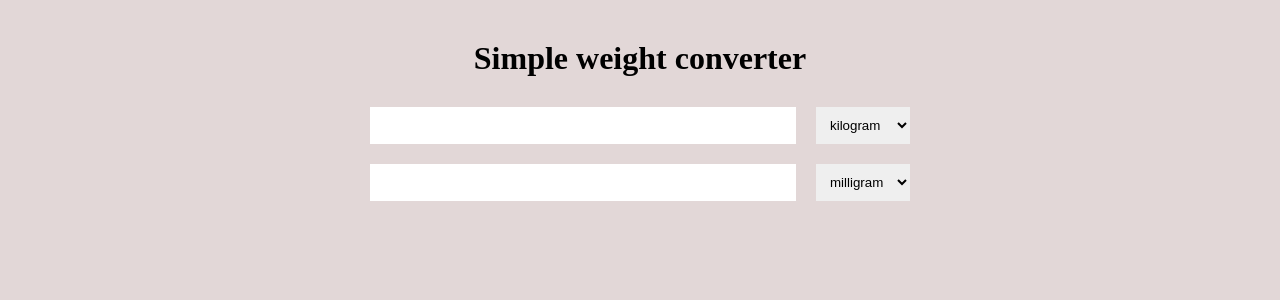
Repository: Eugene44-hub/weight-converter
Page: index.html
An editor plug-in stored every save of this project. The page is shown before and after the next save, followed by the edit.
The browser window is 1280 px wide. The pictures show the whole page.

Above is the page before, as saved 2021-09-20 05:18:05.

### index.html
<!DOCTYPE html>
<html lang="en">

<head>
    <meta charset="UTF-8">
    <meta http-equiv="X-UA-Compatible" content="IE=edge">
    <meta name="viewport" content="width=device-width, initial-scale=1.0">
    <link rel="stylesheet" href="style.css">
    <title>Document</title>
</head>

<body>
    <div class="converter">
        <h1>Simple weight converter</h1>

        <input type="number" id="typed">
        <select name="" id="in-weight">
      <option value="kg">kilogram</option>
      <option value="ou">ounce</option>
      <option value="mg">milligram</option>
    </select>
        <input type="number" id="output">
        <select name="" id="out-weight">
      <option value="mg">milligram</option>
      <option value="ou">ounce</option>
      <option value="kg">kilogram</option>
    </select>
    </div>
    <script src="app.js"></script>
</body>

</html>

### style.css
* {
    padding: 0;
    margin: 0;
    box-sizing: border-box;
}

body {
    background-color: rgb(226, 215, 215);
}

input {
    padding: 10px;
    flex: 50%;
}

h1 {
    text-align: center;
    flex: 100%;
    margin-bottom: 20px;
}

select {
    padding: 10px;
}

.converter {
    display: flex;
    flex-wrap: wrap;
    justify-content: space-between;
    padding: 20px;
    margin: 20px auto;
    max-width: 600px;
}

select,
input {
    margin: 10px;
    outline: none;
    border: none;
}

### app.js
let typed = document.querySelector('#typed');
let output = document.querySelector('#output');
let select = document.querySelector('#in-weight');
let select2 = document.querySelector('#out-weight');

function selectTwo(val) {
    select2.addEventListener('change', e => {
        if (select2.value === 'mg' && select.value === 'kg') {
            output.value = val * Math.pow(10, 6)
        } else if (select2.value === "ou" && select.value === 'mg') {
            output.value = val * 0.000035274
        } else if (select2.value === "ou" && select.value === 'kg') {
            output.value = val * 35.274
        } else if (select2.value === "kg" && select.value === 'ou') {
            output.value = val / 35.274
        } else if (select2.value === "mg" && select.value === 'ou') {
            output.value = val / 0.000035274
        } else if (select2.value === "kg" && select.value === 'mg') {
            output.value = val / Math.pow(10, 6)
        } else {
            output.value = typed.value
        }

    })
}

function selectOne(val) {
    select.addEventListener('change', e => {

        if (select2.value === 'mg' && select.value === 'kg') {
            typed.value = val / Math.pow(10, 6)
        } else if (select2.value === "mg" && select.value === 'ou') {
            typed.value = val * 0.000035274
        } else if (select2.value === "ou" && select.value === 'kg') {
            typed.value = val / 35.274
        } else if (select2.value === "kg" && select.value === 'ou') {
            typed.value = val * 35.274
        } else if (select2.value === "ou" && select.value === 'mg') {
            typed.value = val / 0.000035274
        } else if (select2.value === "kg" && select.value === 'mg') {
            typed.value = val * Math.pow(10, 6)
        } else { typed.value = output.value }
    })
}


typed.addEventListener('input',
    e => {

        if (select2.value === 'mg' && select.value === 'kg') {
            output.value = Number(e.target.value) * Math.pow(10, 6)
        } else if (select2.value === "ou" && select.value === 'mg') {
            output.value = Number(e.target.value) * 0.000035274
        } else if (select2.value === "ou" && select.value === 'kg') {
            output.value = Number(e.target.value) * 35.274
        } else if (select2.value === "kg" && select.value === 'ou') {
            output.value = Number(e.target.value) / 35.274
        } else if (select2.value === "mg" && select.value === 'ou') {
            output.value = Number(e.target.value) / 0.000035274
        } else if (select2.value === "kg" && select.value === 'mg') {
            output.value = Number(e.target.value) / Math.pow(10, 6)
        } else {
            output.value = typed.value
        }
        selectTwo(Number(e.target.value))
    })

output.addEventListener('input',
    e => {
        if (select2.value === 'mg' && select.value === 'kg') {
            typed.value = Number(e.target.value) / Math.pow(10, 6)
        } else if (select2.value === "mg" && select.value === 'ou') {
            typed.value = Number(e.target.value) * 0.000035274
        } else if (select2.value === "ou" && select.value === 'kg') {
            typed.value = Number(e.target.value) / 35.274
        } else if (select2.value === "kg" && select.value === 'ou') {
            typed.value = Number(e.target.value) * 35.274
        } else if (select2.value === "ou" && select.value === 'mg') {
            typed.value = Number(e.target.value) / 0.000035274
        } else if (select2.value === "kg" && select.value === 'mg') {
            typed.value = Number(e.target.value) * Math.pow(10, 6)
        } else { typed.value = output.value }
        selectOne(Number(e.target.value))
    })

After the next save:
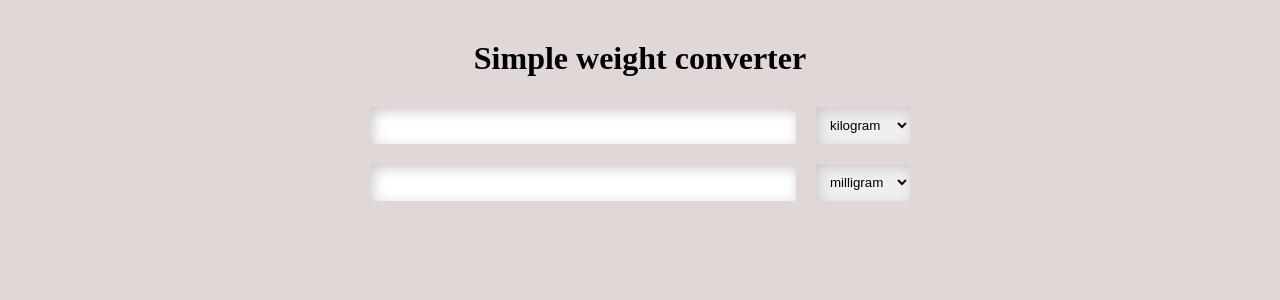
Saved 5 s later.
--- a/style.css
+++ b/style.css
@@ -37,4 +37,5 @@ input {
     margin: 10px;
     outline: none;
     border: none;
+    box-shadow: inset 3px 4px 13px rgb(204, 200, 200);
 }
